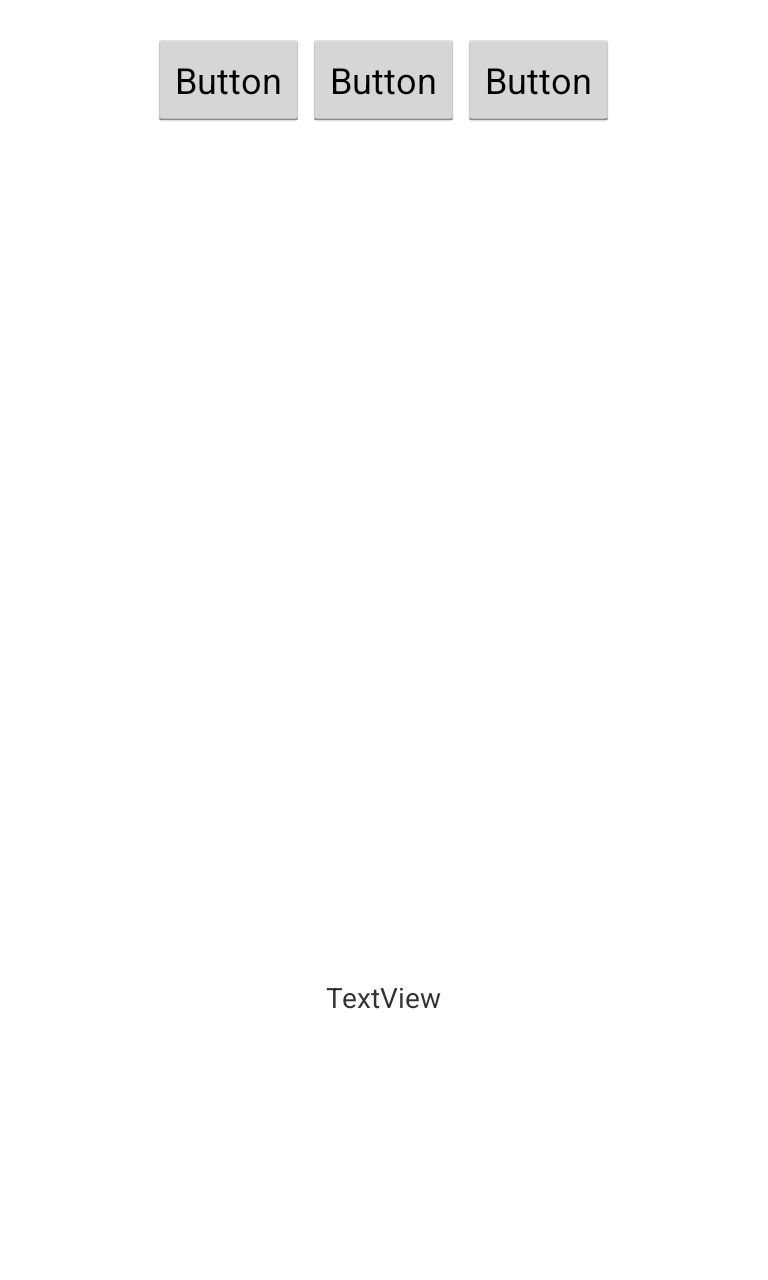
Repository: gbkim/ProjectA
Layout: ProjectA/res/layout/main.xml
An editor plug-in stored every save of this project. The layout is shown before and after the next save, followed by the edit.
It is drawn on a 768 x 1280 px phone screen (xhdpi) without system bars, with theme AppTheme; the app's code is not run.

Above is the layout before, as saved 2013-04-08 09:48:40.

After the next save:
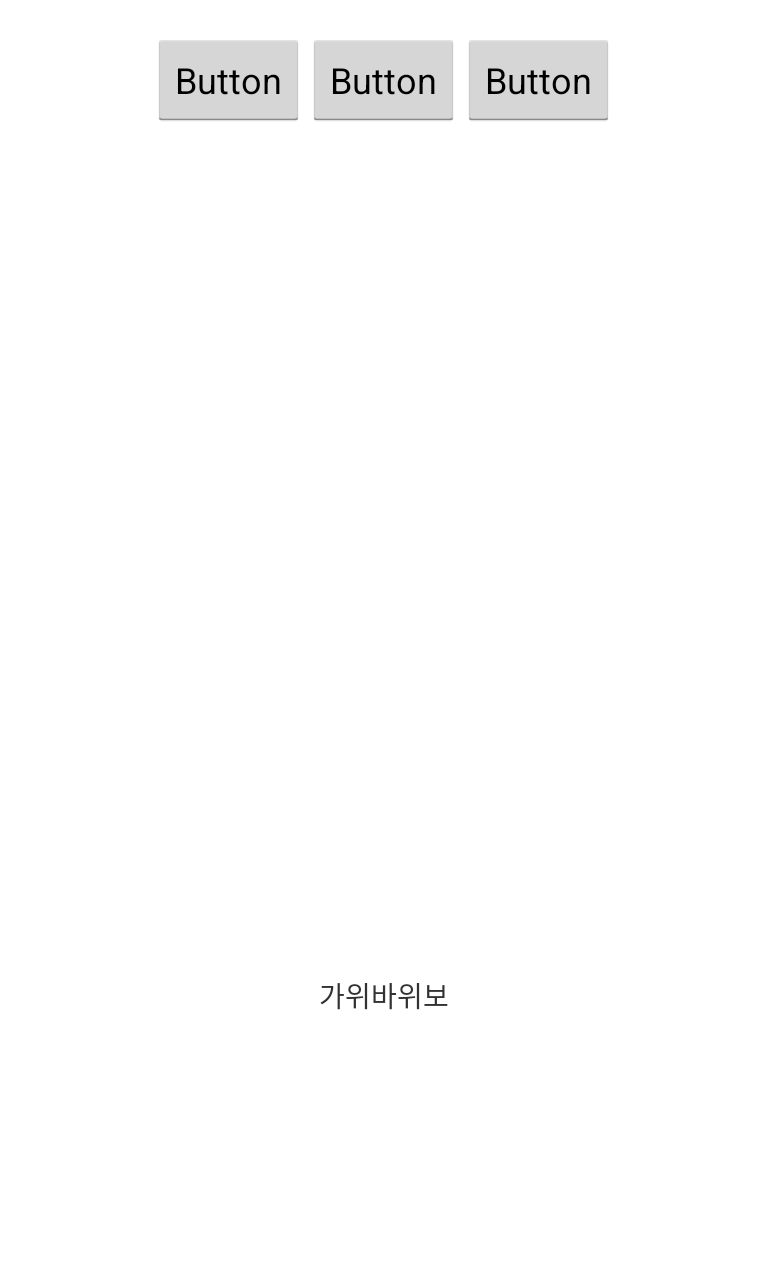
Saved 52 s later.
--- a/ProjectA/res/layout/main.xml
+++ b/ProjectA/res/layout/main.xml
@@ -60,6 +60,6 @@
         android:layout_above="@+id/linearLayout2"
         android:layout_centerHorizontal="true"
         android:layout_marginBottom="116dp"
-        android:text="TextView" />
+        android:text="@string/text_view_string1" />
 
 </RelativeLayout>
